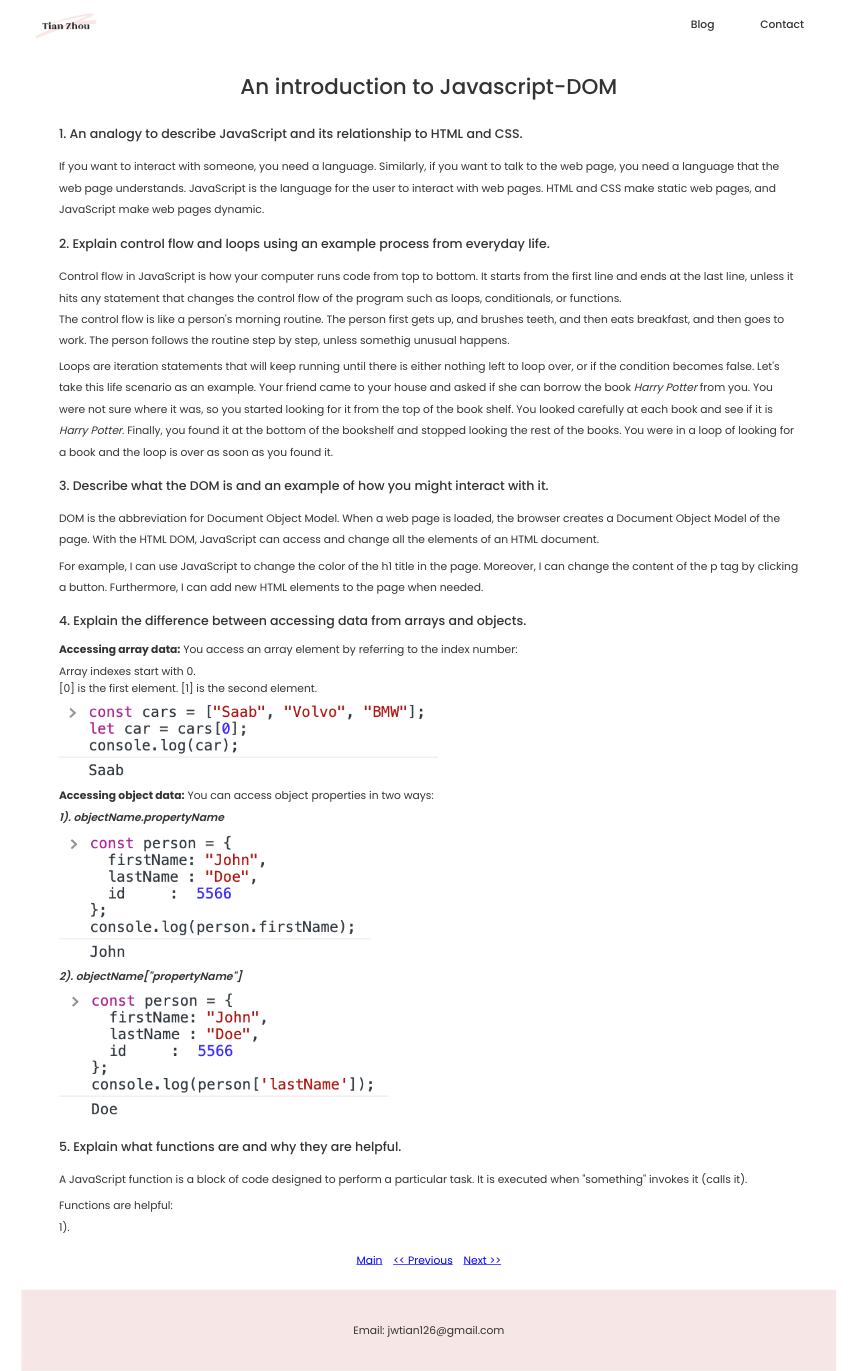
Repository: Tiaanz/Tiaanz.github.io
Page: blog/javascript-dom.html
These files come from the project's save history. The page is drawn as it stood at one moment and after the next save; the edit follows.
The browser window is 1280 px wide. The pictures show the whole page, at 67% of full size.

Above is the page before, as saved 2023-01-25 16:57:32.

After the next save:
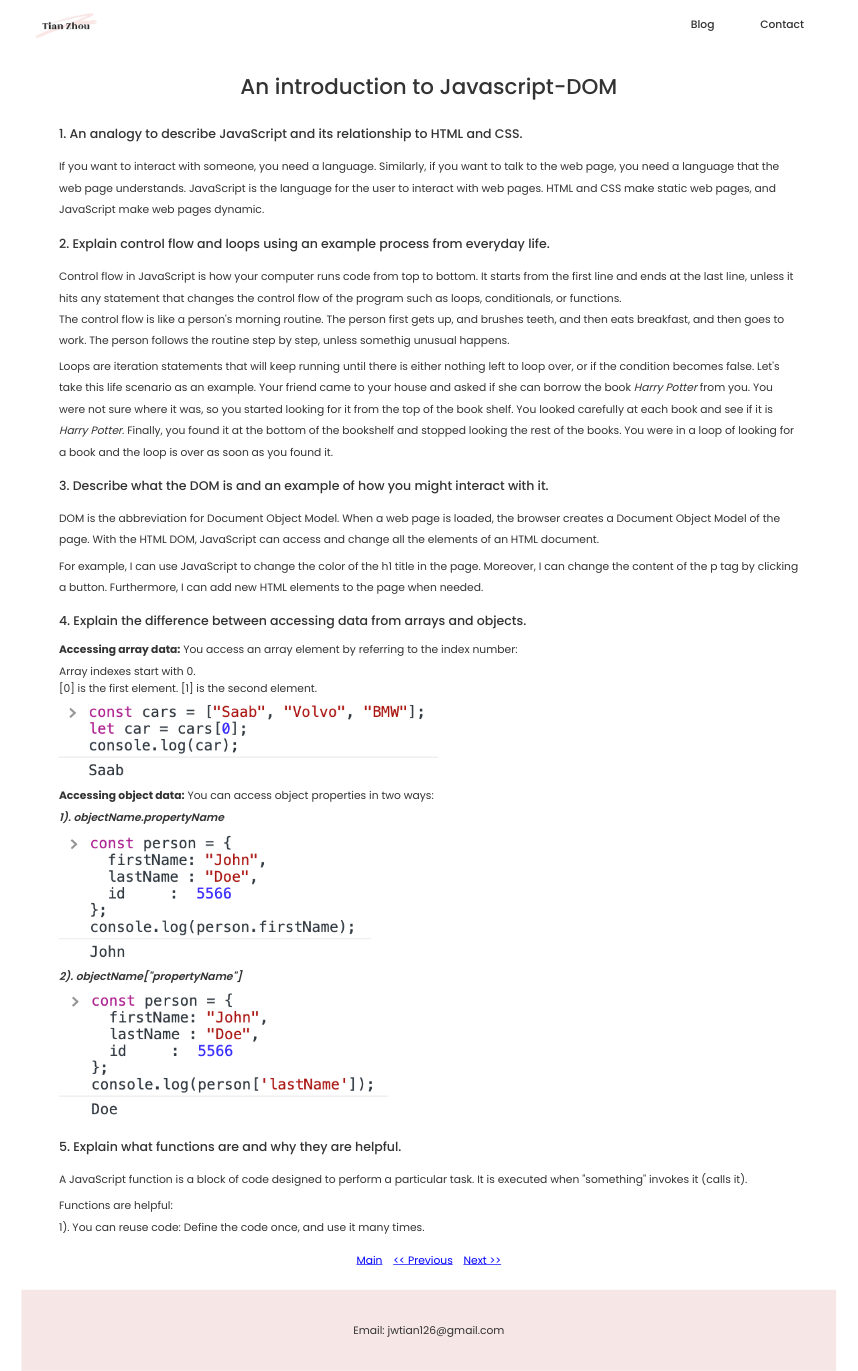
Saved 10 s later.
--- a/blog/javascript-dom.html
+++ b/blog/javascript-dom.html
@@ -72,7 +72,7 @@
             <p>A JavaScript function is a block of code designed to perform a particular task. It is executed when "something" invokes it (calls it).</p>
             <p>Functions are helpful:</p>
             <ul>
-                <li>1). </li>
+                <li>1). You can reuse code: Define the code once, and use it many times.</li>
             </ul>
             <div class="page-nav">
                 <a href="../index.html">Main</a>
